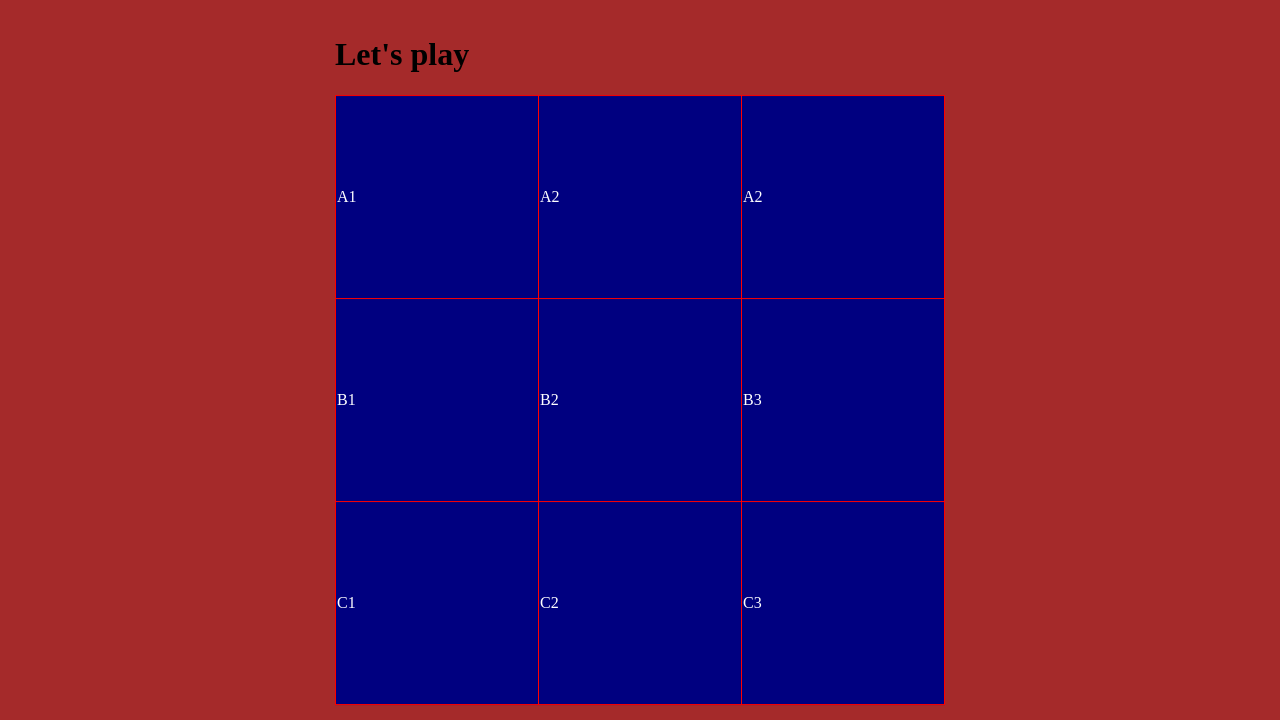
Repository: anas-essaguiar/epita.advancedWeb
Page: tictatoe/index.html
An editor plug-in stored every save of this project. The page is shown before and after the next save, followed by the edit.
The browser window is 1280 px wide. The pictures show the whole page.

Above is the page before, as saved 2021-04-14 15:02:21.

After the next save:
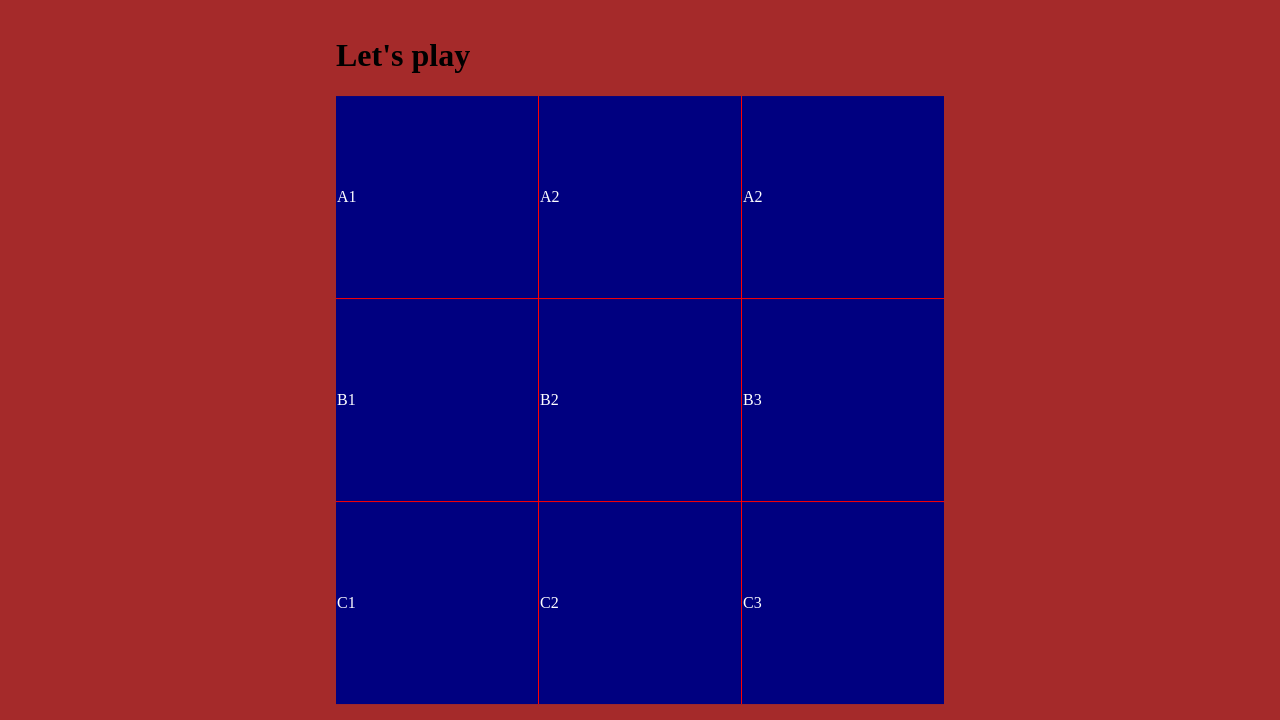
Saved 112 s later.
--- a/tictatoe/style.css
+++ b/tictatoe/style.css
@@ -6,6 +6,13 @@ background-color: brown;
     width: 200px;
     height: 200px;
 }
+table {
+    border-collapse: collapse;
+    border-style: hidden;
+  }
+  table td {
+    border: 5px solid black;
+  }
 #table1 {
     background: navy;
     color: white;
